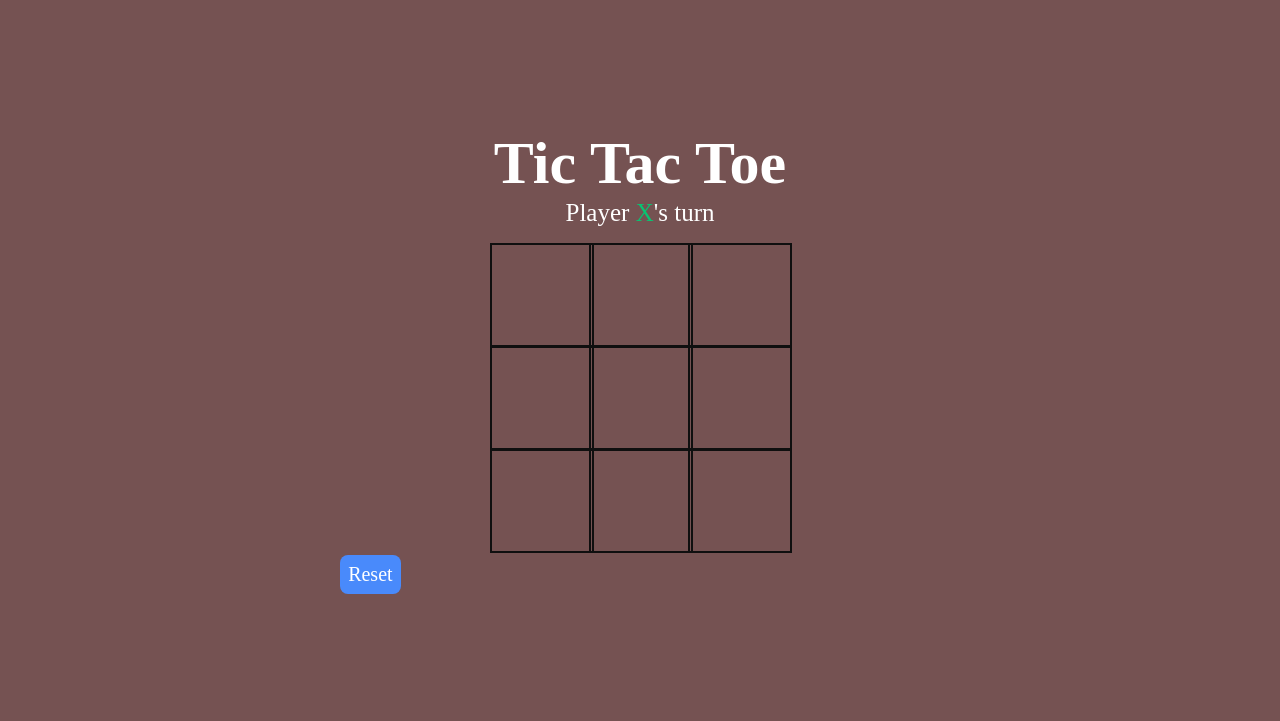
Repository: sedashahnazaryan/tic-tac-too
Page: index.html
The author's editor kept a copy of each file at every save. The page is drawn from the files as they stood at one save, then again after the next save.
The browser window is 1280 px wide. The pictures show the whole page.

Above is the page before, as saved 2022-01-31 23:20:00.

### index.html
<!DOCTYPE html>
<html lang="en">
  <head>
    <meta charset="UTF-8" />
    <meta http-equiv="X-UA-Compatible" content="IE=edge" />
    <meta name="viewport" content="width=device-width, initial-scale=1.0" />
    <link rel="stylesheet" href="./index.css" />
    <title>Tic-Tac-Toe</title>
  </head>
  <main class="background">
    <section class="title">
        <h1>Tic Tac Toe</h1>
    </section>
    <section class="display">
        Player <span class="display-player playerX">X</span>'s turn
    </section>
    <section class="container">
        <div class="tile"></div>
        <div class="tile"></div>
        <div class="tile"></div>
        <div class="tile"></div>
        <div class="tile"></div>
        <div class="tile"></div>
        <div class="tile"></div>
        <div class="tile"></div>
        <div class="tile"></div>
    </section>
    <section class="display announcer hide"></section>
    <section class="controls">
        <button id="reset">Reset</button>
    </section>
</main>
  <body>
    <script src="index.js"></script>
  </body>
</html>

### index.css
* {
    padding: 0;
    margin: 0;
    font-family: 'Itim', cursive;
}
.background{
    background-color: #755252;
    height: 100vh;
    padding-top: 1px;
}
.title{
    color: white;
    text-align: center;
    font-size: 40px;
    margin-top: 10%;
}
.display
{
    color:white;
    font-size: 25px;
    text-align: center;
    margin-top: 1px;
    margin-bottom: 1pc;
}
.hide{
    display: none;
}
.container {
    margin: 0 auto;
    display: grid;
    grid-template-columns: 33% 33% 33%;
    grid-template-rows: 33% 33% 33%;
    max-width: 300px;
}
.tile {
    border: 2px solid rgb(15, 15, 15);
    min-width: 100px;
    min-height: 100px;
    display: flex;
    justify-content: center;
    align-items: center;
    font-size: 50px;
    cursor: pointer;
}
.playerX {
    color: #09C372;
}

.playerO {
    color: #498AFB;
}
.contrtols{
    display: flex;
    flex-direction: row;
    justify-content:center;
    align-items: center;
    margin-top: 1cm;
}
#reset{
    background-color: #498AFB;
    color: white;
    padding: 8px;
    border-radius: 8px;
    border: none;
    font-size: 20px;
    margin-left: 9cm;
    cursor: pointer;

}

### index.js
let board =[
    ["-","-","-"],
    ["-","-","-"],
    ["-","-","-"]
];
let boardStr =board[0].join(" ")+
"\n"+
board[1].join(" ")+
"\n"+
board[2].join(" ");

After the next save:
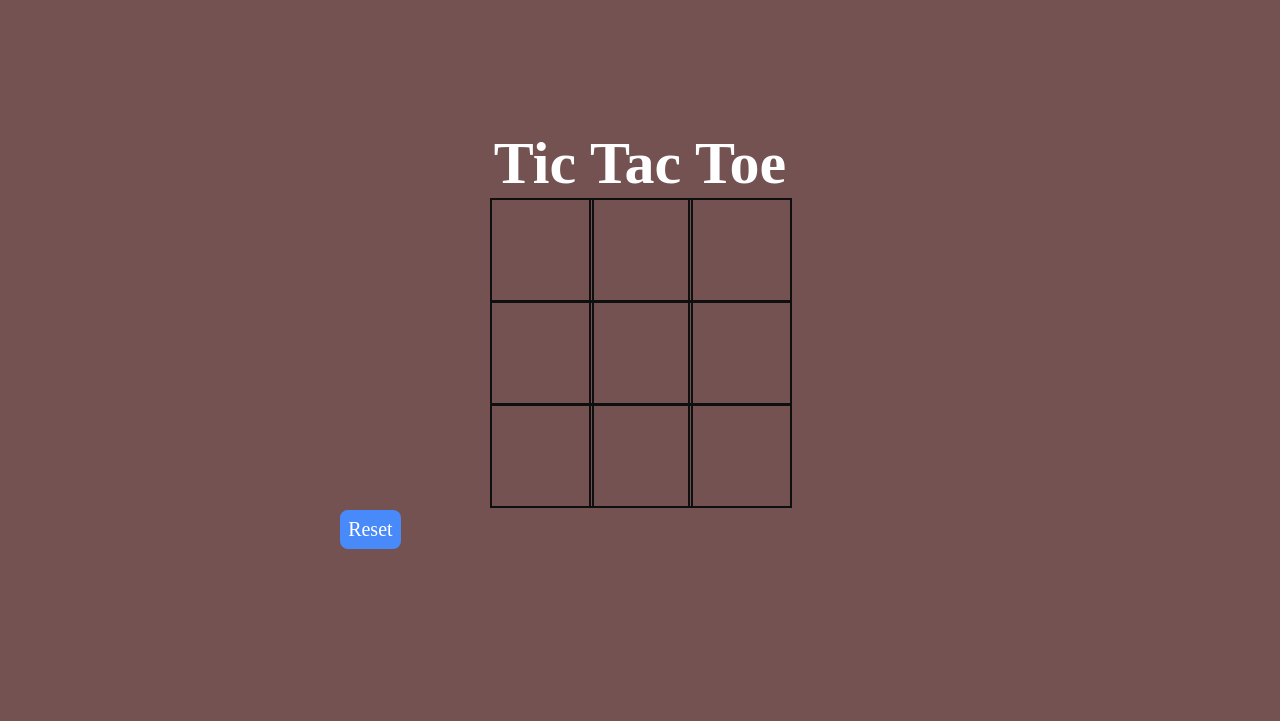
Saved 40 min 34 s later.
--- a/index.html
+++ b/index.html
@@ -11,9 +11,7 @@
     <section class="title">
         <h1>Tic Tac Toe</h1>
     </section>
-    <section class="display">
-        Player <span class="display-player playerX">X</span>'s turn
-    </section>
+
     <section class="container">
         <div class="tile"></div>
         <div class="tile"></div>
